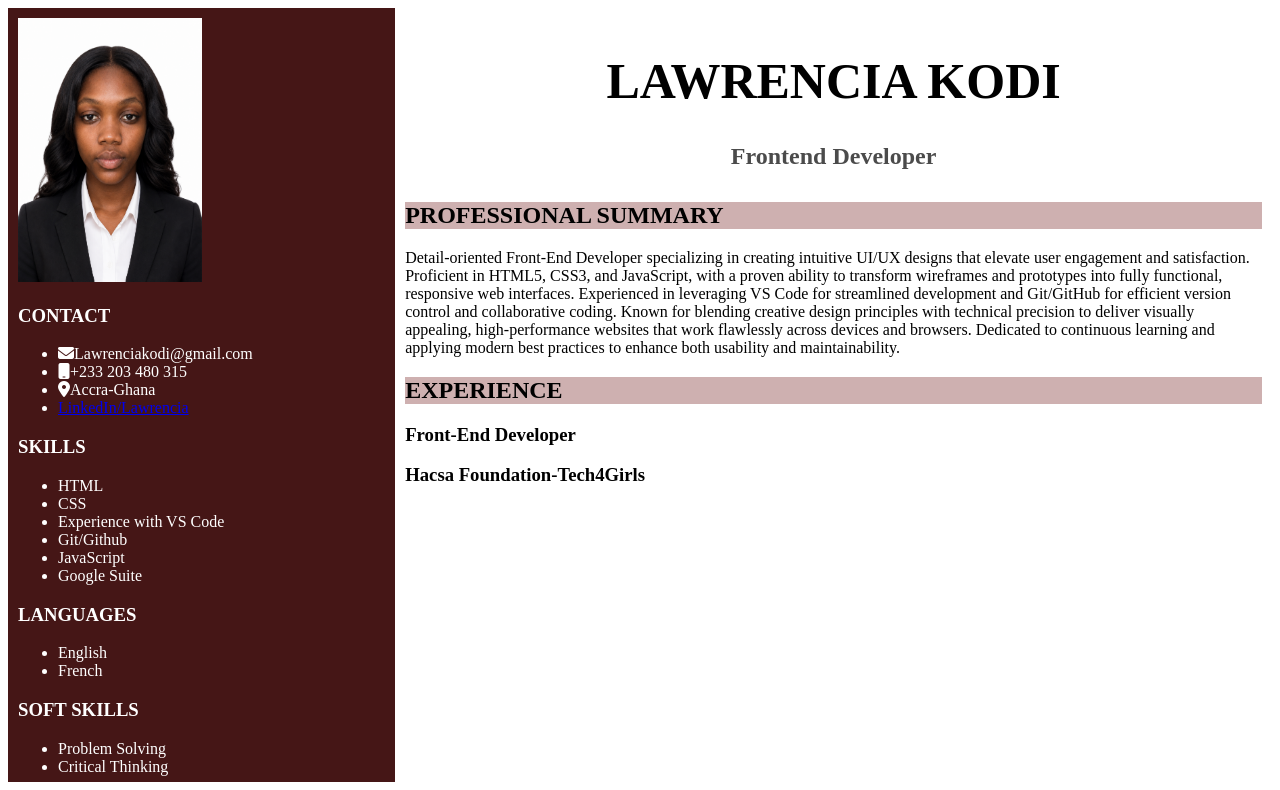
Repository: lawrencia-coder/T4G_CV
Page: index.html
An editor plug-in stored every save of this project. The page is shown before and after the next save, followed by the edit.
The browser window is 1280 px wide. The pictures show the whole page.
Some icons come from a web library that is not loaded, so they are not drawn. Some web libraries are served in a nearby version.

Above is the page before, as saved 2026-07-14 08:14:43.

After the next save:
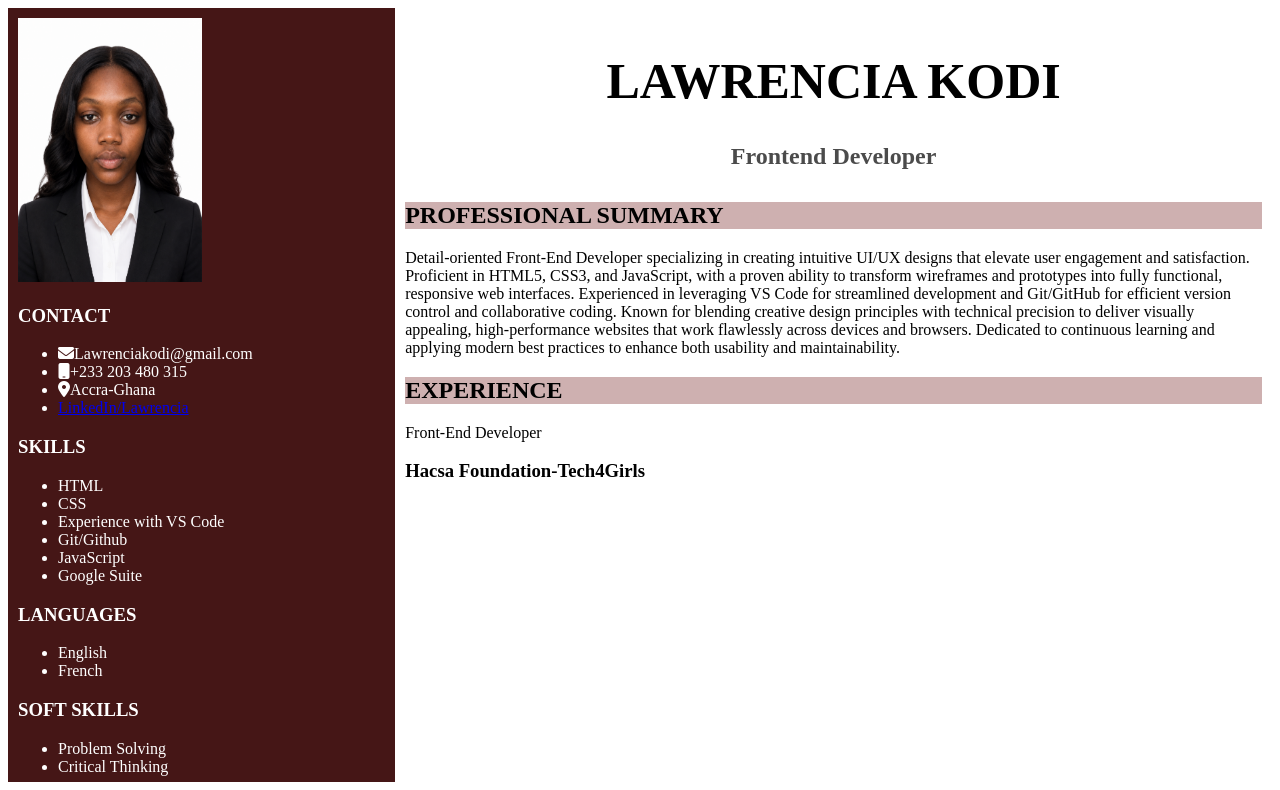
Saved 29 s later.
--- a/index.html
+++ b/index.html
@@ -62,7 +62,7 @@
                 </p>
 
                 <h2>EXPERIENCE</h2>
-                <h3>Front-End Developer</h3>
+                <h>Front-End Developer</h3>
                 <h3>Hacsa Foundation-Tech4Girls</h3>
          </div>
     </div>

After the save that followed:
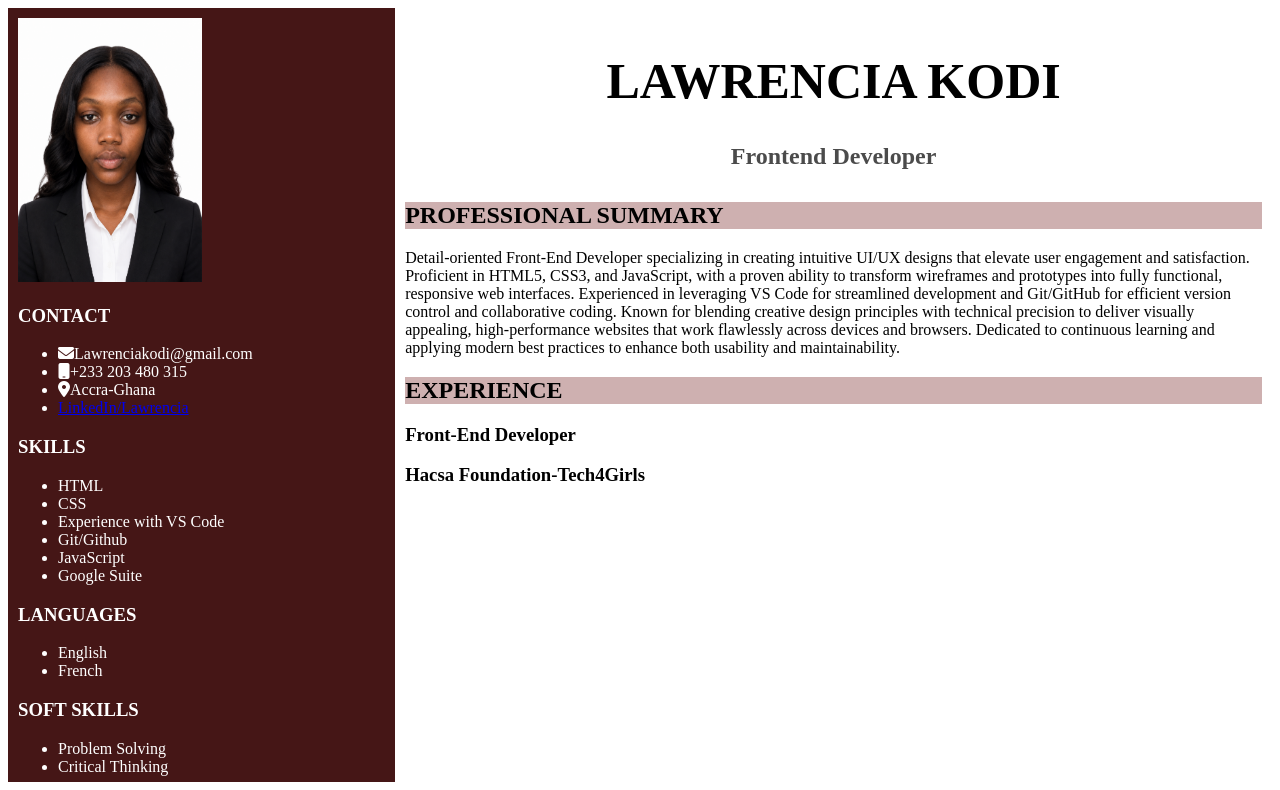
Saved 5 s later.
--- a/index.html
+++ b/index.html
@@ -62,7 +62,7 @@
                 </p>
 
                 <h2>EXPERIENCE</h2>
-                <h>Front-End Developer</h3>
+                <h3>Front-End Developer</h3>
                 <h3>Hacsa Foundation-Tech4Girls</h3>
          </div>
     </div>
